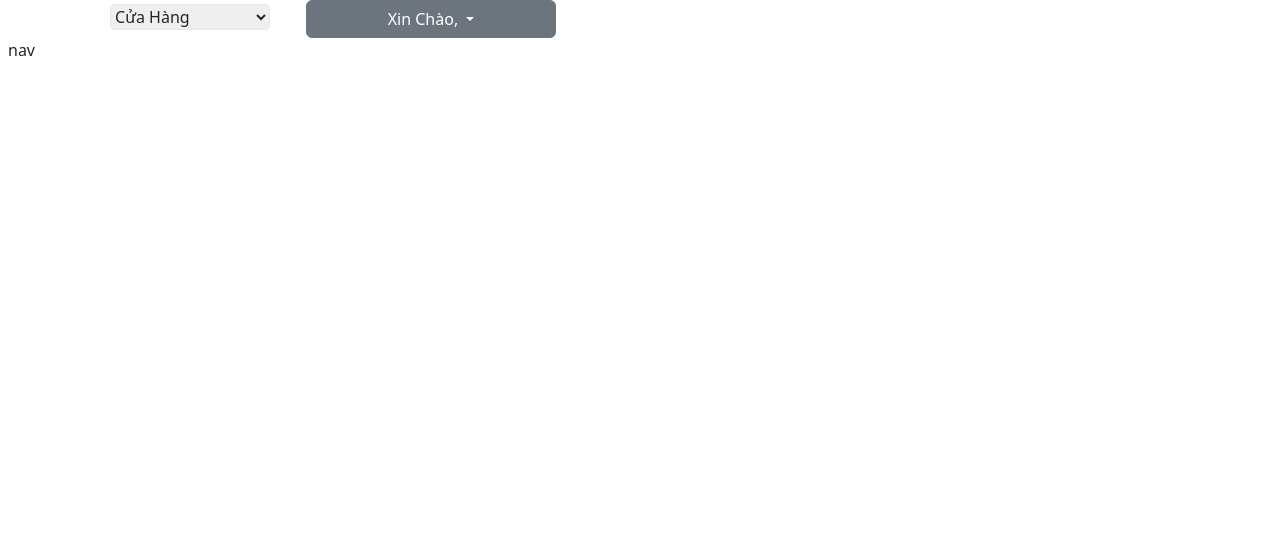
Repository: Leduc20/Website-Shopping-Clothes-Men-master
Page: http://localhost/webbanhang/admin/?list-danh-muc
An editor plug-in stored every save of this project. The page is shown before and after the next save, followed by the edit.
The browser window is 1280 px wide. The pictures show the whole page.
Some web fonts or font styles are not loaded; a fallback is used. Some web libraries are served in a nearby version. The page is run by PHP 8.4 with error messages shown; the project is at /var/www/html/.

Above is the page before, as saved 2022-11-14 17:16:27.

After the next save:
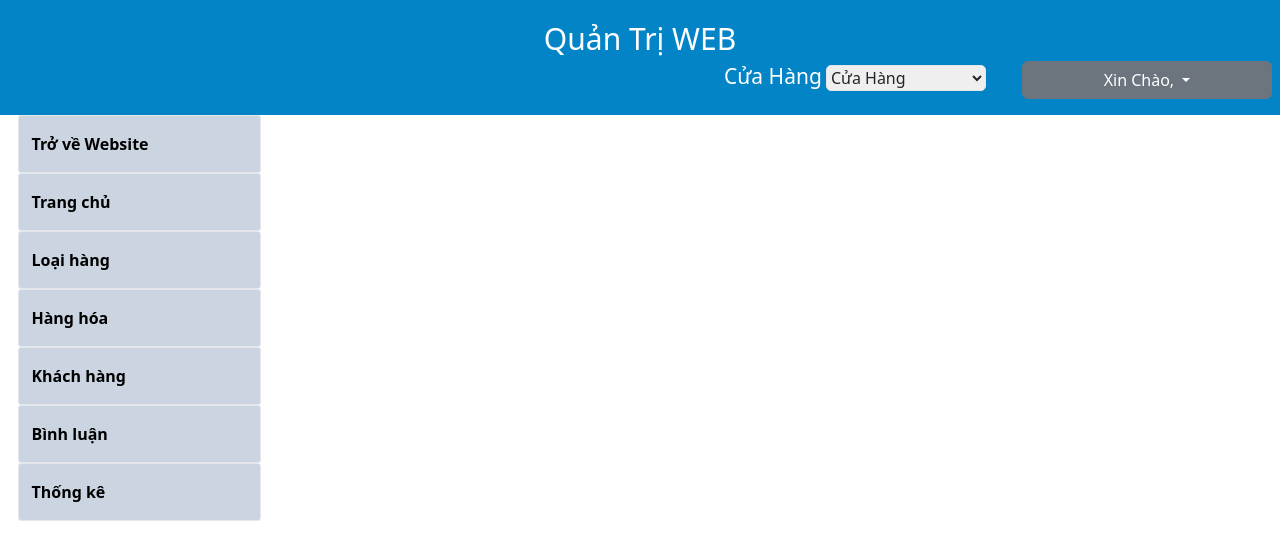
Saved 3 min 15 s later.
--- a/admin/layout.php
+++ b/admin/layout.php
@@ -5,24 +5,80 @@
     <meta charset="UTF-8">
     <meta http-equiv="X-UA-Compatible" content="IE=edge">
     <meta name="viewport" content="width=device-width, initial-scale=1.0">
-    <title>Quản trị Website</title>
+    <title>Show_Product</title>
     <script src="https://cdn.tailwindcss.com"></script>
     <link rel="stylesheet" href="https://cdn.jsdelivr.net/npm/bootstrap@5.2.0/dist/css/bootstrap.min.css">
     <script src="https://cdn.jsdelivr.net/npm/bootstrap@5.2.0/dist/js/bootstrap.bundle.min.js"></script>
-    <link rel="stylesheet" href="../content/icon/fontawesome-free-6.1.1-web/css/all.min.css">
+    <link rel="stylesheet" href="../icon/fontawesome-free-6.1.1-web/css/all.min.css">
+    <script src="https://ajax.aspnetcdn.com/ajax/jQuery/jquery-3.2.1.min.js"></script>
+    <script src="http://ajax.aspnetcdn.com/ajax/jquery.validate/1.9/jquery.validate.min.js" type="text/javascript"></script>
 </head>
 
 <body>
-    <section class="flex px-2">
-        <div>
-            <div>
-                <?php include_once $VIEW_NAME='header.php'; ?>
-            </div>
-            <div>
-                nav
+    <section class="bg-sky-600 py-3 px-2">
+        <p class="text-center text-white text-[30px]">Quản Trị WEB</p>
+        <div class="flex justify-end">
+            <form action="">
+                <span class="text-white text-[21px]">Cửa Hàng</span>
+                <select name="" id="" class="border-[1px] w-[160px] rounded-[5px]">
+                    <option value="">Cửa Hàng</option>
+                    <option value="">A</option>
+                    <option value="">b</option>
+                    <option value="">c</option>
+                </select>
+            </form>
+            <div class="dropdown ml-9 w-[250px]">
+                <span class="btn btn-secondary dropdown-toggle w-[250px]" href="#" role="button" data-bs-toggle="dropdown" aria-expanded="false">
+
+                    Xin Chào,<?php
+                                if (isset($_SESSION['user'])) {
+                                    extract($_SESSION['user']);
+                                    echo '<span class="">' . $name . '</span>';
+                                }
+
+                                ?>
+                </span>
+
+                <ul class="dropdown-menu">
+                    <li><a class="dropdown-item" href="#"><i class="fa-solid fa-user"></i>Tài khoản</a></li>
+                    <li><a class="dropdown-item" href="index.php?act=thoat"><i class="fa-solid fa-arrow-right-from-bracket"></i>Thoát</a></li>
+
+                </ul>
             </div>
         </div>
     </section>
+    <section class="flex px-2">
+        <div class="w-[20%]">
+            <ul>
+                <li class="ml-[10px] py-3 ml-1 border-[1px] bg-slate-300 rounded-[3px] font-bold hover:bg-white">
+                    <a class="no-underline text-black" href="../../Xshop-HT/"><i class="fa-solid fa-house"></i>Trở về Website</a>
+                </li>
+                <li class="ml-[10px] py-3 ml-1 border-[1px] bg-slate-300 rounded-[3px] font-bold hover:bg-white">
+                    <a class="no-underline text-black" href="index.php"><i class="fa-solid fa-store"></i>Trang chủ</a>
+                </li>
+                <li class="ml-[10px] py-3 ml-1 border-[1px] bg-slate-300 rounded-[3px] font-bold hover:bg-white">
+                    <a class="no-underline text-black" href="index.php?act=addlh"><i class="fa-solid fa-list"></i>Loại hàng</a>
+                </li>
+                <li class="ml-[10px] py-3 ml-1 border-[1px] bg-slate-300 rounded-[3px] font-bold hover:bg-white">
+                    <a class="no-underline text-black" href="index.php?act=addhh"><i class="fa-solid fa-cart-shopping"></i>Hàng hóa</a>
+                <li class="ml-[10px] py-3 ml-1 border-[1px] bg-slate-300 rounded-[3px] font-bold hover:bg-white">
+                    <a class="no-underline text-black" href="index.php?act=addkh"><i class="fa-solid fa-users"></i>Khách hàng</a>
+                </li>
+                <li class="ml-[10px] py-3 ml-1 border-[1px] bg-slate-300 rounded-[3px] font-bold hover:bg-white">
+                    <a class="no-underline text-black" href="index.php?act=dsbl"><i class="fa-solid fa-comments"></i>Bình luận</a>
+                </li>
+                <li class="ml-[10px] py-3 ml-1 border-[1px] bg-slate-300 rounded-[3px] font-bold hover:bg-white">
+                    <a class="no-underline text-black" href="index.php?act=dstk"><i class="fa-solid fa-chart-simple"></i>Thống kê</a>
+                </li>
+            </ul>
+        </div>
+        <div class="w-[80%]">
+            <!-- <div class="p-4">
+                <h2 class="text-[22px] font-bold text-center py-3">Danh sách sản phẩm</h2>
+            </div> -->
+        </div>
+    </section>
+
 </body>
 
 </html>
